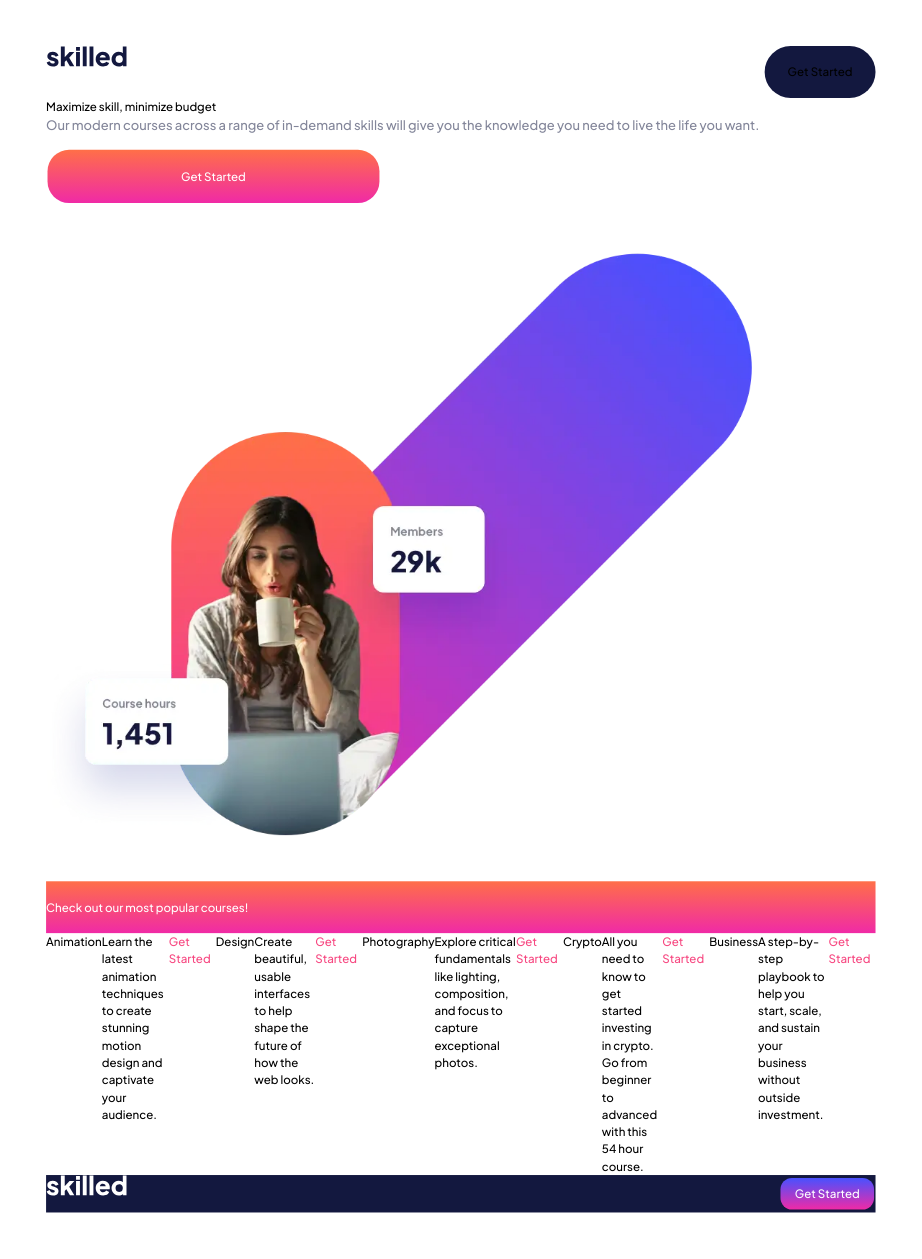
Repository: blordeus/Skilled-e-learning-landing-page
Page: index.html
An editor plug-in stored every save of this project. The page is shown before and after a run of saves, followed by the edit.
The browser window is 1280 px wide. The pictures show the whole page, at 72% of full size.

Above is the page before, as saved 2023-06-17 20:23:22.

### index.html
<!DOCTYPE html>
<html lang="en">
<head>
  <meta charset="UTF-8">
  <meta name="viewport" content="width=device-width, initial-scale=1.0">
  <link rel="stylesheet" href="style.css">
  <link rel="stylesheet" href="output.css">
  <link rel="preconnect" href="https://fonts.googleapis.com">
  <link rel="preconnect" href="https://fonts.gstatic.com" crossorigin>
  <link href="https://fonts.googleapis.com/css2?family=Plus+Jakarta+Sans:wght@500;700;800&display=swap" rel="stylesheet">
  <link rel="icon" type="image/png" sizes="32x32" href="./assets/favicon-32x32.png">

  <title>Frontend Mentor | Skilled e-learning landing page</title>
</head>
<body class="min-h-screen w-full">

  <main>
    <div class="grid grid-flow-col place-content-between mb-6">
      <img src="./assets/logo-dark.svg" alt="logo dark" class="translate-y-6">
      <button class="px-8 py-6 text-skilled-color6 rounded-full bg-skilled-color2 items-center">Get Started</button>
    </div >

    <div class="hero-section grid grid-flow-row gap-4">
      <h1 class="sm:text-heading-xl sm:leading-70 sm:font-weight:800 max-sm:text-heading-l max-sm:leading-51 max-sm:font-weight:700">Maximize skill, minimize budget</h1>
      <p class="text-skilled-color3 text-body-m leading-28 pb-4">
        Our modern courses across a range of in-demand skills will give you the
        knowledge you need to live the life you want.
      </p>
      <button class="button-gradient1">Get Started</button>
      </div>

      <div>
        <picture>
          <source srcset="/assets/image-hero-desktop.webp, /assets/image-hero-desktop@2x.webp 2x" type="image/webp"
            media="(min-width: 75em)">
          <source srcset="/assets/image-hero-desktop.png, /assets/image-hero-desktop@2x.png 2x" type="image/png"
            media="(min-width: 75em)">
          <source srcset="/assets/image-hero-tablet.webp, /assets/image-hero-tablet@2x.webp 2x" type="image/webp"
            media="(min-width: 45em)">
          <source srcset="/assets/image-hero-tablet.png, /assets/image-hero-tablet@2x.png 2x" type="image/png"
            media="(min-width: 45em)">
          <source srcset="/assets/image-hero-mobile.webp, /assets/image-hero-mobile@2x.webp 2x" type="image/webp">
          <source srcset="/assets/image-hero-mobile.png, /assets/image-hero-mobile@2x.png 2x" type="image/png">
          <img src="/assets/image-hero-mobile.png" alt="29k members and 1,451 course hours">
        </picture>
      </div>
    </div>



    <section>
      <div class="grid popular-bg rounded-lg py-6">
      <h2>Check out our most popular courses!</h2>
      </div>

      <div class="grid grid-flow-col">
        <h2>Animation</h2>
        Learn the latest animation techniques to create stunning motion
        design and captivate your audience.
        <p class="text-skilled-color4">Get Started</p>
        <h2>Design</h2>
        Create beautiful, usable interfaces to help shape the future of
        how the web looks.
        <p  class="text-skilled-color4">Get Started</p>
        <h2>Photography</h2>
        Explore critical fundamentals like lighting, composition, and focus
        to capture exceptional photos.
        <p  class="text-skilled-color4">Get Started</p>
        <h2>Crypto</h2>
        All you need to know to get started investing in crypto. Go from beginner
        to advanced with this 54 hour course.
        <p  class="text-skilled-color4">Get Started</p>
        <h2>Business</h2>
        A step-by-step playbook to help you start, scale, and sustain your business
        without outside investment.
        <p class="text-skilled-color4">Get Started</p>
      </div>

    </section>
    <footer class="footer bg-skilled-color2">
      <div class="grid grid-flow-col place-content-between">
        <img src="./assets/logo-light.svg" alt="" class="logo">
        <button class="button-gradient2">Get Started</button>
      </div>
  </footer>
  </main>

</body>
</html>

### style.css
@import url('https://fonts.googleapis.com/css2?family=Plus+Jakarta+Sans:wght@500;700;800&display=swap');

.popular-bg{
    background: linear-gradient(to bottom, #FF6F48, #F02AA6);
    text-align: start;
    color: white;
}

.button {
    background-color: #13183F;
    border: none;
    color: white;
    padding: 10px 20px;
    text-align: center;
    text-decoration: none;
    display: inline-block;
    margin: 4px 2px;
    cursor: pointer;
    border-radius: 16px;
  }
  .button-gradient1 {
    background: linear-gradient(to bottom, #FF6F48, #F02AA6);
    border: none;
    color: white;
    padding: 25px 20px;
    text-align: center;
    text-decoration: none;
    display: inline-block;
    margin: 4px 2px;
    cursor: pointer;
    border-radius: 30px;
    width: 40%;
  }
  .button-gradient2 {
    background: linear-gradient(to bottom, #4851FF, #F02AA6);
    border: none;
    color: white;
    padding: 10px 20px;
    text-align: center;
    text-decoration: none;
    display: inline-block;
    margin: 4px 2px;
    cursor: pointer;
    border-radius: 16px;
  }

body {
  padding: 5%;
}

### output.css
/*
! tailwindcss v3.3.2 | MIT License | https://tailwindcss.com
*/

/*
1. Prevent padding and border from affecting element width. (https://github.com/mozdevs/cssremedy/issues/4)
2. Allow adding a border to an element by just adding a border-width. (https://github.com/tailwindcss/tailwindcss/pull/116)
*/

*,
::before,
::after {
  box-sizing: border-box;
  /* 1 */
  border-width: 0;
  /* 2 */
  border-style: solid;
  /* 2 */
  border-color: currentColor;
  /* 2 */
}

::before,
::after {
  --tw-content: '';
}

/*
1. Use a consistent sensible line-height in all browsers.
2. Prevent adjustments of font size after orientation changes in iOS.
3. Use a more readable tab size.
4. Use the user's configured `sans` font-family by default.
5. Use the user's configured `sans` font-feature-settings by default.
6. Use the user's configured `sans` font-variation-settings by default.
*/

html {
  line-height: 1.5;
  /* 1 */
  -webkit-text-size-adjust: 100%;
  /* 2 */
  -moz-tab-size: 4;
  /* 3 */
  -o-tab-size: 4;
     tab-size: 4;
  /* 3 */
  font-family: Plus Jakarta Sans, sans-serif;
  /* 4 */
  font-feature-settings: normal;
  /* 5 */
  font-variation-settings: normal;
  /* 6 */
}

/*
1. Remove the margin in all browsers.
2. Inherit line-height from `html` so users can set them as a class directly on the `html` element.
*/

body {
  margin: 0;
  /* 1 */
  line-height: inherit;
  /* 2 */
}

/*
1. Add the correct height in Firefox.
2. Correct the inheritance of border color in Firefox. (https://bugzilla.mozilla.org/show_bug.cgi?id=190655)
3. Ensure horizontal rules are visible by default.
*/

hr {
  height: 0;
  /* 1 */
  color: inherit;
  /* 2 */
  border-top-width: 1px;
  /* 3 */
}

/*
Add the correct text decoration in Chrome, Edge, and Safari.
*/

abbr:where([title]) {
  -webkit-text-decoration: underline dotted;
          text-decoration: underline dotted;
}

/*
Remove the default font size and weight for headings.
*/

h1,
h2,
h3,
h4,
h5,
h6 {
  font-size: inherit;
  font-weight: inherit;
}

/*
Reset links to optimize for opt-in styling instead of opt-out.
*/

a {
  color: inherit;
  text-decoration: inherit;
}

/*
Add the correct font weight in Edge and Safari.
*/

b,
strong {
  font-weight: bolder;
}

/*
1. Use the user's configured `mono` font family by default.
2. Correct the odd `em` font sizing in all browsers.
*/

code,
kbd,
samp,
pre {
  font-family: ui-monospace, SFMono-Regular, Menlo, Monaco, Consolas, "Liberation Mono", "Courier New", monospace;
  /* 1 */
  font-size: 1em;
  /* 2 */
}

/*
Add the correct font size in all browsers.
*/

small {
  font-size: 80%;
}

/*
Prevent `sub` and `sup` elements from affecting the line height in all browsers.
*/

sub,
sup {
  font-size: 75%;
  line-height: 0;
  position: relative;
  vertical-align: baseline;
}

sub {
  bottom: -0.25em;
}

sup {
  top: -0.5em;
}

/*
1. Remove text indentation from table contents in Chrome and Safari. (https://bugs.chromium.org/p/chromium/issues/detail?id=999088, https://bugs.webkit.org/show_bug.cgi?id=201297)
2. Correct table border color inheritance in all Chrome and Safari. (https://bugs.chromium.org/p/chromium/issues/detail?id=935729, https://bugs.webkit.org/show_bug.cgi?id=195016)
3. Remove gaps between table borders by default.
*/

table {
  text-indent: 0;
  /* 1 */
  border-color: inherit;
  /* 2 */
  border-collapse: collapse;
  /* 3 */
}

/*
1. Change the font styles in all browsers.
2. Remove the margin in Firefox and Safari.
3. Remove default padding in all browsers.
*/

button,
input,
optgroup,
select,
textarea {
  font-family: inherit;
  /* 1 */
  font-size: 100%;
  /* 1 */
  font-weight: inherit;
  /* 1 */
  line-height: inherit;
  /* 1 */
  color: inherit;
  /* 1 */
  margin: 0;
  /* 2 */
  padding: 0;
  /* 3 */
}

/*
Remove the inheritance of text transform in Edge and Firefox.
*/

button,
select {
  text-transform: none;
}

/*
1. Correct the inability to style clickable types in iOS and Safari.
2. Remove default button styles.
*/

button,
[type='button'],
[type='reset'],
[type='submit'] {
  /* 1 */
  background-color: transparent;
  /* 2 */
  background-image: none;
  /* 2 */
}

/*
Use the modern Firefox focus style for all focusable elements.
*/

:-moz-focusring {
  outline: auto;
}

/*
Remove the additional `:invalid` styles in Firefox. (https://github.com/mozilla/gecko-dev/blob/2f9eacd9d3d995c937b4251a5557d95d494c9be1/layout/style/res/forms.css#L728-L737)
*/

:-moz-ui-invalid {
  box-shadow: none;
}

/*
Add the correct vertical alignment in Chrome and Firefox.
*/

progress {
  vertical-align: baseline;
}

/*
Correct the cursor style of increment and decrement buttons in Safari.
*/

::-webkit-inner-spin-button,
::-webkit-outer-spin-button {
  height: auto;
}

/*
1. Correct the odd appearance in Chrome and Safari.
2. Correct the outline style in Safari.
*/

[type='search'] {
  /* 1 */
  outline-offset: -2px;
  /* 2 */
}

/*
Remove the inner padding in Chrome and Safari on macOS.
*/

::-webkit-search-decoration {
  -webkit-appearance: none;
}

/*
1. Correct the inability to style clickable types in iOS and Safari.
2. Change font properties to `inherit` in Safari.
*/

::-webkit-file-upload-button {
  -webkit-appearance: button;
  /* 1 */
  font: inherit;
  /* 2 */
}

/*
Add the correct display in Chrome and Safari.
*/

summary {
  display: list-item;
}

/*
Removes the default spacing and border for appropriate elements.
*/

blockquote,
dl,
dd,
h1,
h2,
h3,
h4,
h5,
h6,
hr,
figure,
p,
pre {
  margin: 0;
}

fieldset {
  margin: 0;
  padding: 0;
}

legend {
  padding: 0;
}

ol,
ul,
menu {
  list-style: none;
  margin: 0;
  padding: 0;
}

/*
Prevent resizing textareas horizontally by default.
*/

textarea {
  resize: vertical;
}

/*
1. Reset the default placeholder opacity in Firefox. (https://github.com/tailwindlabs/tailwindcss/issues/3300)
2. Set the default placeholder color to the user's configured gray 400 color.
*/

input::-moz-placeholder, textarea::-moz-placeholder {
  opacity: 1;
  /* 1 */
  color: #9ca3af;
  /* 2 */
}

input::placeholder,
textarea::placeholder {
  opacity: 1;
  /* 1 */
  color: #9ca3af;
  /* 2 */
}

/*
Set the default cursor for buttons.
*/

button,
[role="button"] {
  cursor: pointer;
}

/*
Make sure disabled buttons don't get the pointer cursor.
*/

:disabled {
  cursor: default;
}

/*
1. Make replaced elements `display: block` by default. (https://github.com/mozdevs/cssremedy/issues/14)
2. Add `vertical-align: middle` to align replaced elements more sensibly by default. (https://github.com/jensimmons/cssremedy/issues/14#issuecomment-634934210)
   This can trigger a poorly considered lint error in some tools but is included by design.
*/

img,
svg,
video,
canvas,
audio,
iframe,
embed,
object {
  display: block;
  /* 1 */
  /* 2 */
}

/*
Constrain images and videos to the parent width and preserve their intrinsic aspect ratio. (https://github.com/mozdevs/cssremedy/issues/14)
*/

img,
video {
  max-width: 100%;
  height: auto;
}

/* Make elements with the HTML hidden attribute stay hidden by default */

[hidden] {
  display: none;
}

*, ::before, ::after {
  --tw-border-spacing-x: 0;
  --tw-border-spacing-y: 0;
  --tw-translate-x: 0;
  --tw-translate-y: 0;
  --tw-rotate: 0;
  --tw-skew-x: 0;
  --tw-skew-y: 0;
  --tw-scale-x: 1;
  --tw-scale-y: 1;
  --tw-pan-x:  ;
  --tw-pan-y:  ;
  --tw-pinch-zoom:  ;
  --tw-scroll-snap-strictness: proximity;
  --tw-gradient-from-position:  ;
  --tw-gradient-via-position:  ;
  --tw-gradient-to-position:  ;
  --tw-ordinal:  ;
  --tw-slashed-zero:  ;
  --tw-numeric-figure:  ;
  --tw-numeric-spacing:  ;
  --tw-numeric-fraction:  ;
  --tw-ring-inset:  ;
  --tw-ring-offset-width: 0px;
  --tw-ring-offset-color: #fff;
  --tw-ring-color: rgb(59 130 246 / 0.5);
  --tw-ring-offset-shadow: 0 0 #0000;
  --tw-ring-shadow: 0 0 #0000;
  --tw-shadow: 0 0 #0000;
  --tw-shadow-colored: 0 0 #0000;
  --tw-blur:  ;
  --tw-brightness:  ;
  --tw-contrast:  ;
  --tw-grayscale:  ;
  --tw-hue-rotate:  ;
  --tw-invert:  ;
  --tw-saturate:  ;
  --tw-sepia:  ;
  --tw-drop-shadow:  ;
  --tw-backdrop-blur:  ;
  --tw-backdrop-brightness:  ;
  --tw-backdrop-contrast:  ;
  --tw-backdrop-grayscale:  ;
  --tw-backdrop-hue-rotate:  ;
  --tw-backdrop-invert:  ;
  --tw-backdrop-opacity:  ;
  --tw-backdrop-saturate:  ;
  --tw-backdrop-sepia:  ;
}

::backdrop {
  --tw-border-spacing-x: 0;
  --tw-border-spacing-y: 0;
  --tw-translate-x: 0;
  --tw-translate-y: 0;
  --tw-rotate: 0;
  --tw-skew-x: 0;
  --tw-skew-y: 0;
  --tw-scale-x: 1;
  --tw-scale-y: 1;
  --tw-pan-x:  ;
  --tw-pan-y:  ;
  --tw-pinch-zoom:  ;
  --tw-scroll-snap-strictness: proximity;
  --tw-gradient-from-position:  ;
  --tw-gradient-via-position:  ;
  --tw-gradient-to-position:  ;
  --tw-ordinal:  ;
  --tw-slashed-zero:  ;
  --tw-numeric-figure:  ;
  --tw-numeric-spacing:  ;
  --tw-numeric-fraction:  ;
  --tw-ring-inset:  ;
  --tw-ring-offset-width: 0px;
  --tw-ring-offset-color: #fff;
  --tw-ring-color: rgb(59 130 246 / 0.5);
  --tw-ring-offset-shadow: 0 0 #0000;
  --tw-ring-shadow: 0 0 #0000;
  --tw-shadow: 0 0 #0000;
  --tw-shadow-colored: 0 0 #0000;
  --tw-blur:  ;
  --tw-brightness:  ;
  --tw-contrast:  ;
  --tw-grayscale:  ;
  --tw-hue-rotate:  ;
  --tw-invert:  ;
  --tw-saturate:  ;
  --tw-sepia:  ;
  --tw-drop-shadow:  ;
  --tw-backdrop-blur:  ;
  --tw-backdrop-brightness:  ;
  --tw-backdrop-contrast:  ;
  --tw-backdrop-grayscale:  ;
  --tw-backdrop-hue-rotate:  ;
  --tw-backdrop-invert:  ;
  --tw-backdrop-opacity:  ;
  --tw-backdrop-saturate:  ;
  --tw-backdrop-sepia:  ;
}

.grid {
  display: grid;
}

.min-h-screen {
  min-height: 100vh;
}

.w-full {
  width: 100%;
}

.grid-flow-row {
  grid-auto-flow: row;
}

.grid-flow-col {
  grid-auto-flow: column;
}

.place-content-between {
  place-content: space-between;
}

.rounded-full {
  border-radius: 9999px;
}

.bg-skilled-color2 {
  --tw-bg-opacity: 1;
  background-color: rgb(19 24 63 / var(--tw-bg-opacity));
}

.p-4 {
  padding: 1rem;
}

.p-6 {
  padding: 1.5rem;
}

.p-8 {
  padding: 2rem;
}

.px-8 {
  padding-left: 2rem;
  padding-right: 2rem;
}

.py-12 {
  padding-top: 3rem;
  padding-bottom: 3rem;
}

.py-6 {
  padding-top: 1.5rem;
  padding-bottom: 1.5rem;
}

.pb-4 {
  padding-bottom: 1rem;
}

.text-heading-xl {
  font-size: 56px;
}

.text-body-m {
  font-size: 18px;
}

.leading-28 {
  line-height: 28px;
}

.leading-70 {
  line-height: 70px;
}

.text-skilled-color3 {
  --tw-text-opacity: 1;
  color: rgb(131 134 154 / var(--tw-text-opacity));
}

.text-skilled-color4 {
  --tw-text-opacity: 1;
  color: rgb(247 71 128 / var(--tw-text-opacity));
}

@media (min-width: 640px) {
  .sm\:text-heading-l {
    font-size: 40px;
  }

  .sm\:leading-51 {
    line-height: 51px;
  }
}

After the next 2 saves:
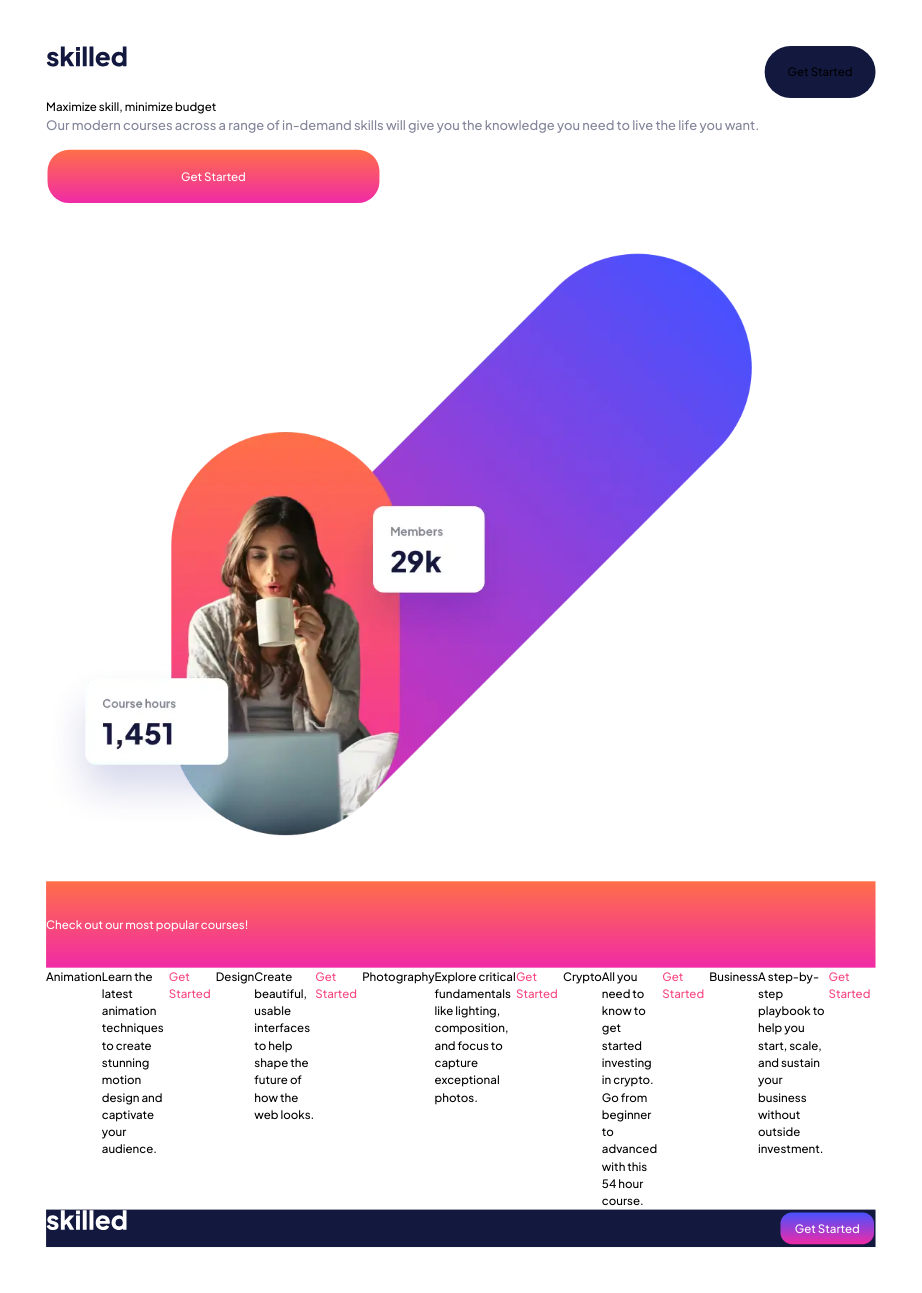
The 2 saves are shown as one change because they came seconds apart.
The last was saved 12 s later.
--- a/index.html
+++ b/index.html
@@ -49,7 +49,7 @@
 
 
     <section>
-      <div class="grid popular-bg rounded-lg py-6">
+      <div class="grid popular-bg rounded-lg py-12">
       <h2>Check out our most popular courses!</h2>
       </div>
 
